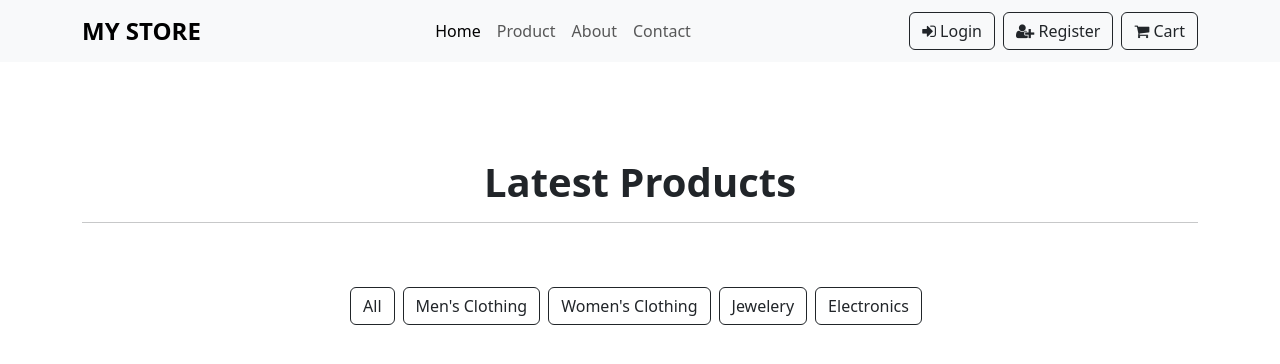
Repository: asad3407886839/E-commerce-Store
Page: /products (app in vite-project/)
An editor plug-in stored every save of this project. The page is shown before and after a run of saves, followed by the edit.
The browser window is 1280 px wide. The pictures show the whole page.
The page's requests for data from a server got no answer. The project was rebuilt for these pictures with package versions that can differ from the ones it lists, and the page was loaded fresh each time. A package was used in the major version that the imports need, not the one package.json lists. No one was signed in, and anything a server would have sent is missing. Also part of the build but not shown: vite-project/vite.config.js, vite-project/src/components/Home.jsx, vite-project/src/index.css.

Above is the page before, as saved 2024-06-29 19:00:19.

### vite-project/src/main.jsx
import React from 'react'
import ReactDOM from 'react-dom/client'
import App from './App.jsx'
import './index.css'
import '../node_modules/bootstrap/dist/css/bootstrap.min.css'
import '../node_modules/bootstrap/dist/js/bootstrap.bundle'
import 'font-awesome/css/font-awesome.min.css'
import { BrowserRouter } from 'react-router-dom';


ReactDOM.createRoot(document.getElementById('root')).render(
  <BrowserRouter>
 <App/>

  </BrowserRouter>
)

### vite-project/src/App.jsx
import React from 'react'
import Navbar from './components/Navbar'
import Home from './components/Home'
import Products from './components/Products'
import {  Route, Switch } from 'react-router-dom';

const App = () => {
  return (
    <div>
      <Navbar/>
       <Switch>
        <Route exact path="/" component={Home} />
        <Route exact path="/Products" component={Products} />
    {/*     <Route exact path="/products/:id" component={ProductDetail} />
        <Route exact path="/cart" component={Cart} />
        <Route exact path="/checkout" component={Checkout} />
        <Route exact path="/about" component={About} />
        <Route exact path="/contact" component={Contact} /> */}

      </Switch>
    </div>
  )
}

export default App

### vite-project/src/components/Navbar.jsx
import React from 'react';
import { NavLink } from 'react-router-dom';
const Navbar = () => {
  return (
    <div>
      <nav className="navbar navbar-expand-lg navbar-light bg-light">
        <div className="container">
          <a className="navbar-brand fw-bold fs-4" href="#">MY STORE</a>
          <button
            className="navbar-toggler"
            type="button"
            data-bs-toggle="collapse"
            data-bs-target="#navbarSupportedContent"
            aria-controls="navbarSupportedContent"
            aria-expanded="false"
            aria-label="Toggle navigation"
          >
            <span className="navbar-toggler-icon"></span>
          </button>
          <div className="collapse navbar-collapse" id="navbarSupportedContent">
            <ul className="navbar-nav mx-auto mb-2 mb-lg-0">
              <li className="nav-item">
                <a className="nav-link active" aria-current="page" href="#">Home</a>
              </li>
              <li className="nav-item">
                <a className="nav-link" href="#">Product</a>
              </li>
              <li className="nav-item">
                <a className="nav-link" aria-current="page" href="#">About</a>
              </li>
              <li className="nav-item">
                <a className="nav-link" aria-current="page" href="#">Contact</a>
              </li>
            </ul>
            <div className="buttons">
              <a href="" className="btn btn-outline-dark">
                <i className="fa fa-sign-in"></i> Login
              </a>
              <a href="" className="btn btn-outline-dark ms-2">
                <i className="fa fa-user-plus"></i> Register
              </a>
              <a href="" className="btn btn-outline-dark ms-2">
                <i className="fa fa-shopping-cart"></i> Cart
              </a>
            </div>
          </div>
        </div>
      </nav>
    </div>
  );
};

export default Navbar;

### vite-project/src/components/Products.jsx
import React, { useState, useEffect } from 'react';

const Products = () => {
  const [data, setData] = useState([]);
  const [filter, setFilter] = useState([]);
  const [loading, setLoading] = useState(false);
  let componentMounted = true;

  useEffect(() => {
    const fetchProducts = async () => {
      setLoading(true);
      try {
        const response = await fetch('https://fakestoreapi.com/products');
        const result = await response.json();
        if (componentMounted) {
          setData(result);
          setFilter(result);
          setLoading(false);
        }
      } catch (error) {
        console.error("Error fetching data:", error);
        setLoading(false);
      }
    };

    fetchProducts();

    return () => {
      componentMounted = false;
    };
  }, []);

  if (loading) {
    return <div>Loading...</div>;
  }

  const showProducts = () => {
    return (
      <>
        <div className="buttons d-flex justify-content-center mb-5 pb-5">
          <button className="btn btn-outline-dark me-2" onClick={() => setFilter(data)}>All</button>
          <button className="btn btn-outline-dark me-2" onClick={() => setFilter(data.filter(product => product.category === 'men\'s clothing'))}>Men's Clothing</button>
          <button className="btn btn-outline-dark me-2" onClick={() => setFilter(data.filter(product => product.category === 'women\'s clothing'))}>Women's Clothing</button>
          <button className="btn btn-outline-dark me-2" onClick={() => setFilter(data.filter(product => product.category === 'jewelery'))}>Jewelery</button>
          <button className="btn btn-outline-dark me-2" onClick={() => setFilter(data.filter(product => product.category === 'electronics'))}>Electronics</button>
        </div>
        <div className="row">
          {filter.map((product) => (
            <div className="col-md-3 mb-4" key={product.id}>
              <div className="card h-100 text-center p-3">
                <img
                  src={product.image}
                  className="card-img-top"
                  alt={product.title}
                  height="250px"
                />
                <div className="card-body">
                  <h5 className="card-title">{product.title}</h5>
                  <p className="card-text lead fw-bold">${product.price}</p>
                  <a href="#" className="btn btn-outline-dark">
                    Buy Now
                  </a>
                </div>
              </div>
            </div>
          ))}
        </div>
      </>
    );
  };

  return (
    <div className="container my-5 py-5">
      <div className="row">
        <div className="col-12 mb-5">
          <h1 className="display-6 fw-bolder text-center">Latest Products</h1>
          <hr />
        </div>
      </div>
      <div className="row justify-content-center">
        {showProducts()}
      </div>
    </div>
  );
};

export default Products;

Loaded but not shown: vite-project/index.html (common file)

After the next 2 saves:
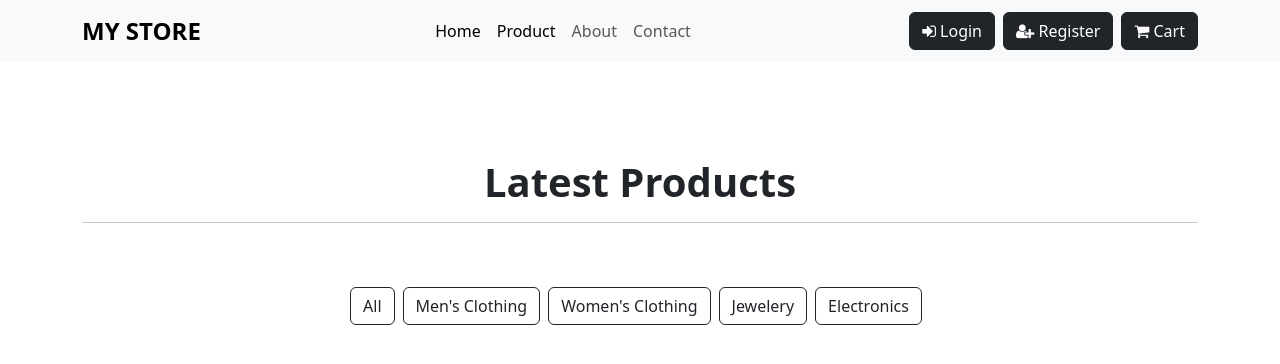
The 2 saves are shown as one change because 1 did not build or start.
The last was saved 6 min 45 s later.
--- a/vite-project/src/components/Navbar.jsx
+++ b/vite-project/src/components/Navbar.jsx
@@ -1,11 +1,12 @@
 import React from 'react';
 import { NavLink } from 'react-router-dom';
+
 const Navbar = () => {
   return (
     <div>
       <nav className="navbar navbar-expand-lg navbar-light bg-light">
         <div className="container">
-          <a className="navbar-brand fw-bold fs-4" href="#">MY STORE</a>
+          <NavLink className="navbar-brand fw-bold fs-4" to="/">MY STORE</NavLink>
           <button
             className="navbar-toggler"
             type="button"
@@ -20,28 +21,28 @@
           <div className="collapse navbar-collapse" id="navbarSupportedContent">
             <ul className="navbar-nav mx-auto mb-2 mb-lg-0">
               <li className="nav-item">
-                <a className="nav-link active" aria-current="page" href="#">Home</a>
+                <NavLink className="nav-link active" aria-current="page" to="/">Home</NavLink>
               </li>
               <li className="nav-item">
-                <a className="nav-link" href="#">Product</a>
+                <NavLink className="nav-link" to="/products">Product</NavLink>
               </li>
               <li className="nav-item">
-                <a className="nav-link" aria-current="page" href="#">About</a>
+                <NavLink className="nav-link" to="/about">About</NavLink>
               </li>
               <li className="nav-item">
-                <a className="nav-link" aria-current="page" href="#">Contact</a>
+                <NavLink className="nav-link" to="/contact">Contact</NavLink>
               </li>
             </ul>
             <div className="buttons">
-              <a href="" className="btn btn-outline-dark">
+              <NavLink to="/" className="btn btn-outline-dark">
                 <i className="fa fa-sign-in"></i> Login
-              </a>
-              <a href="" className="btn btn-outline-dark ms-2">
+              </NavLink>
+              <NavLink to="/" className="btn btn-outline-dark ms-2">
                 <i className="fa fa-user-plus"></i> Register
-              </a>
-              <a href="" className="btn btn-outline-dark ms-2">
+              </NavLink>
+              <NavLink to="/" className="btn btn-outline-dark ms-2">
                 <i className="fa fa-shopping-cart"></i> Cart
-              </a>
+              </NavLink>
             </div>
           </div>
         </div>

After the save that followed:
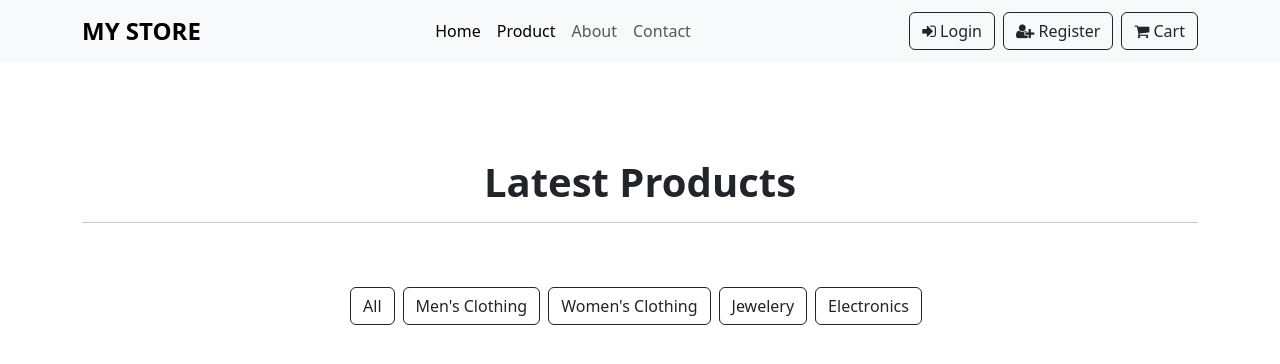
Saved 26 s later.
--- a/vite-project/src/components/Navbar.jsx
+++ b/vite-project/src/components/Navbar.jsx
@@ -34,13 +34,13 @@
               </li>
             </ul>
             <div className="buttons">
-              <NavLink to="/" className="btn btn-outline-dark">
+              <NavLink to="/login" className="btn btn-outline-dark">
                 <i className="fa fa-sign-in"></i> Login
               </NavLink>
-              <NavLink to="/" className="btn btn-outline-dark ms-2">
+              <NavLink to="/register" className="btn btn-outline-dark ms-2">
                 <i className="fa fa-user-plus"></i> Register
               </NavLink>
-              <NavLink to="/" className="btn btn-outline-dark ms-2">
+              <NavLink to="/cart" className="btn btn-outline-dark ms-2">
                 <i className="fa fa-shopping-cart"></i> Cart
               </NavLink>
             </div>
